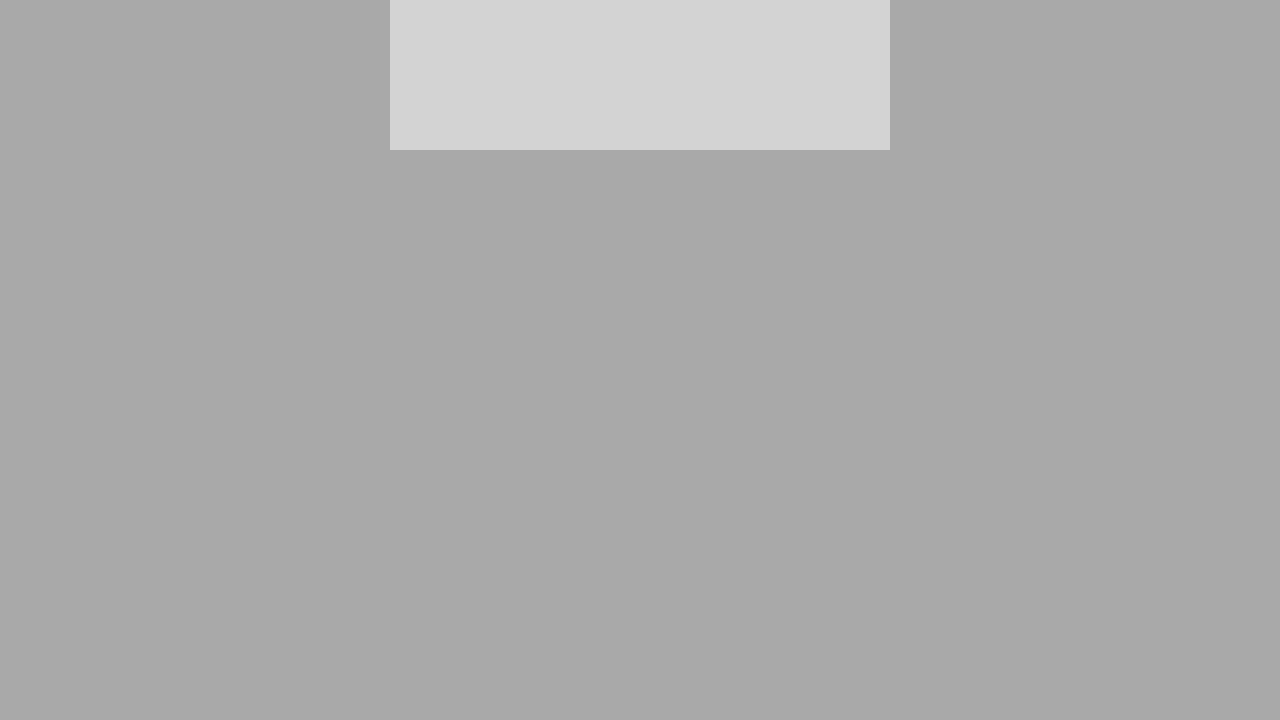
Repository: Krishna-bansall/neural-network-game
Page: index.html
The author's editor kept a copy of each file at every save. The page is drawn from the files as they stood at one save, then again after the next save.
The browser window is 1280 px wide. The pictures show the whole page.

Above is the page before, as saved 2022-07-30 01:08:48.
Console error: TypeError: Cannot set properties of null (setting 'height')

### index.html
<!DOCTYPE html>
<html lang="en">
	<head>
		<meta charset="UTF-8" />
		<meta http-equiv="X-UA-Compatible" content="IE=edge" />
		<meta name="viewport" content="width=device-width, initial-scale=1.0" />
		<title>Document</title>
		<link rel="stylesheet" href="styles.css" />
	</head>
	<body>
		<script src="app.js"></script>
		<canvas id="myCanvas" width="500"></canvas>
	</body>
</html>

### styles.css
body {
    overflow: hidden;
    margin: 0;
    text-align: center;
    background: darkgray;
}

#myCanvas {
    background: lightgray;

}

### app.js
const canvas = document.getElementById("myCanvas");
canvas.height = window.innerHeight;

After the next save:
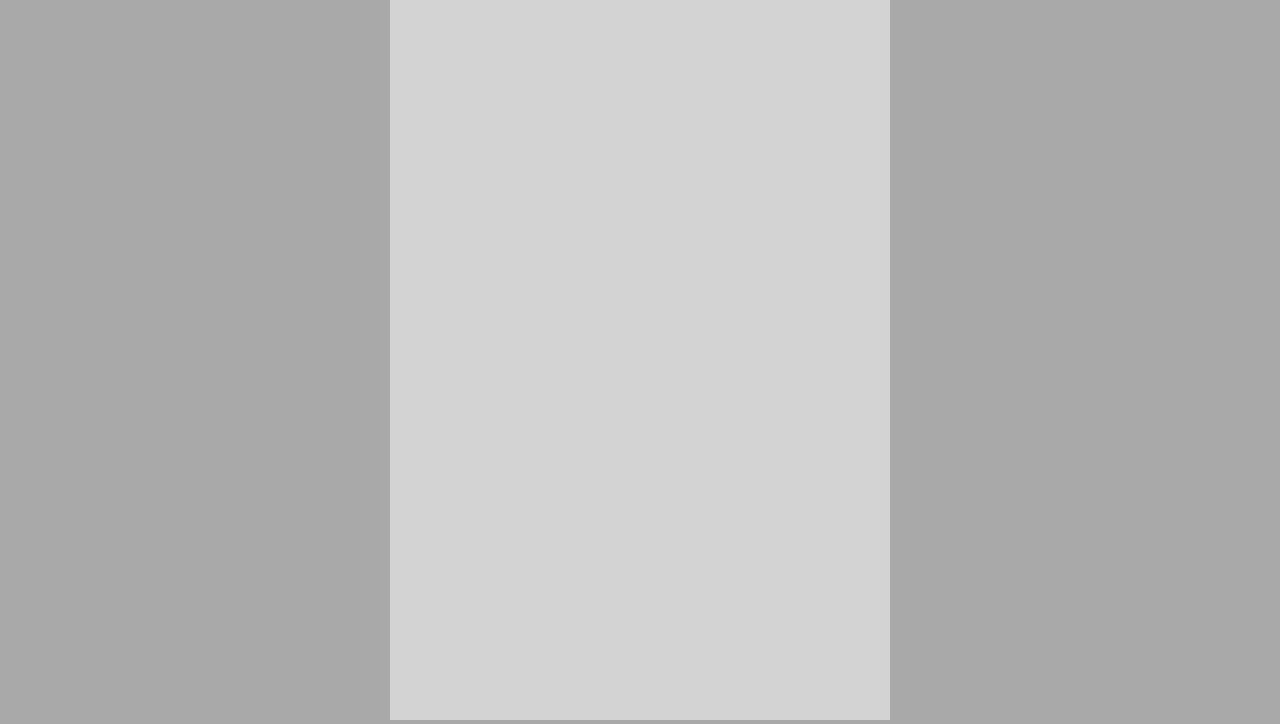
The error is gone.
Saved 17 s later.
--- a/index.html
+++ b/index.html
@@ -8,7 +8,8 @@
 		<link rel="stylesheet" href="styles.css" />
 	</head>
 	<body>
+		<canvas id="myCanvas" width="500"></canvas>
+
 		<script src="app.js"></script>
-		<canvas id="myCanvas" width="500"></canvas>
 	</body>
 </html>
